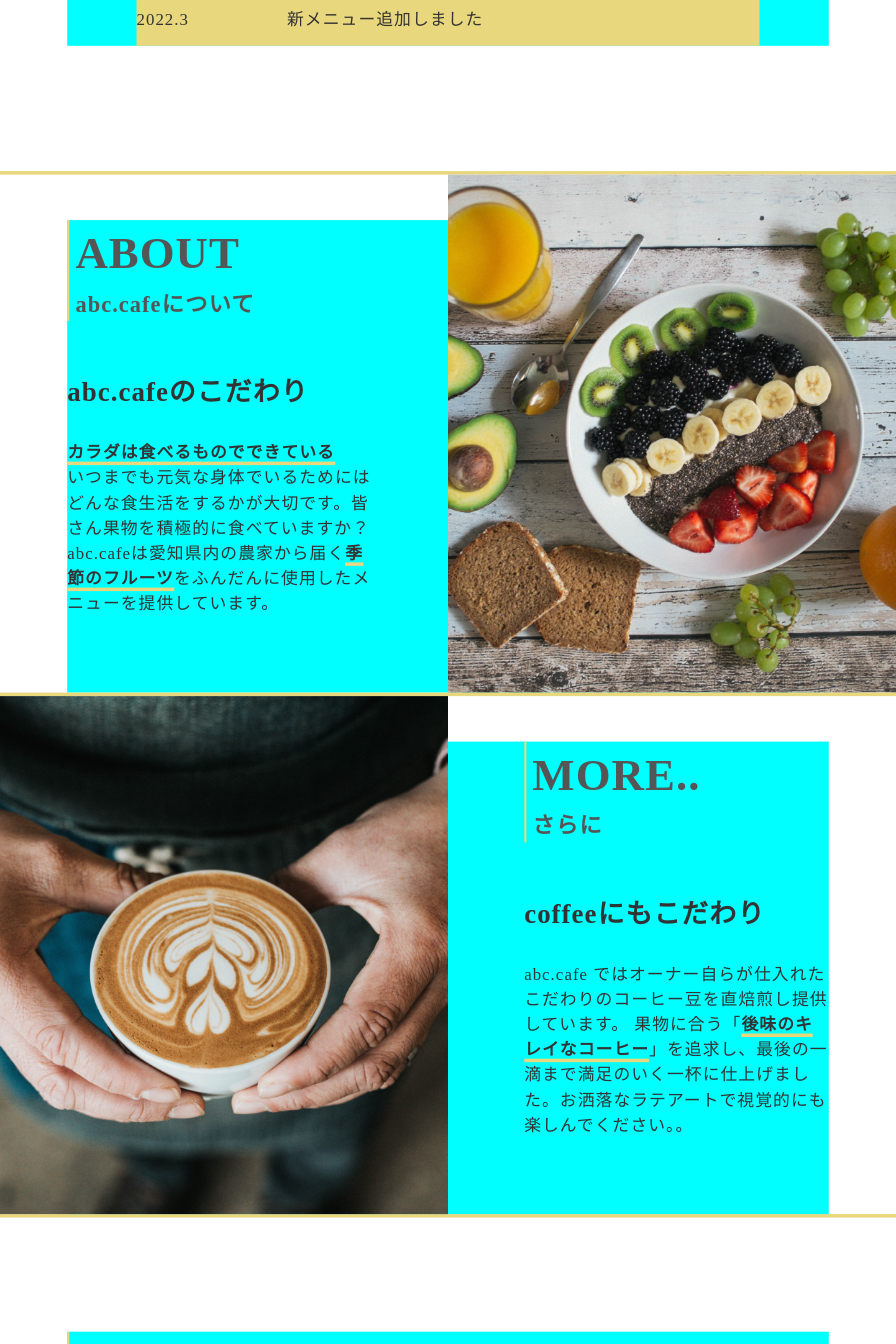
Repository: nozomi-23/lp1_test
Page: index.html
The author's editor kept a copy of each file at every save. The page is drawn from the files as they stood at one save, then again after a run of saves.
The browser window is 1280 px wide. The pictures show the part of the page from y = 1368 to 3288 px (the page is 3931 px tall before and 3957 px after), at 70% of full size.

Above is the page before, as saved 2022-06-08 14:17:30.

### index.html
<!DOCTYPE html>
<html lang="ja">
<head>
  <meta charset="UTF-8">
  <title>abc.cafe</title>
  <meta name="description" content="旬の果物とオーガニックなカフェ">
  <meta name="keywords" content="cafe,カフェ,フルーツ,お洒落">
  <meta name="viewport" content="width=device-width, initial-scale=1.0">
  <meta property="og:title" content="フルーツカフェ「abc.cafe」">
  <meta property="og:type" content="article">
  <meta property="og:url" content="https://withcode-plus.tech">
  <meta property="og:image" content="img/logo.png">
  <meta property="og:description" content="旬の果物とカラダに優しい食事を。">
  <meta property="og:site_name" content="お洒落なフルーツカフェ">
  <link rel="icon" href="img/favicon1.ico">
  <link rel="apple-touch-icon" sizes="180x180" href="img/logo.png">
  <link rel="preconnect" href="https://fonts.googleapis.com">
  <link rel="preconnect" href="https://fonts.gstatic.com" crossorigin>
  <link href="https://fonts.googleapis.com/css2?family=Noto+Serif+JP:wght@400;500;600;700;900&display=swap"
    rel="stylesheet">
  <link rel="stylesheet" href="css/reset.css">
  <link rel="stylesheet" href="css/common.css">
</head>
<body>
  <!-- ============= header -->
  <header>
    <div class="header_wrapper">
      <div class="inner">
        <nav class="header_nav">
          <ul>
            <li><a href="#news">NEWS<span>ニュース</span></a></li>
            <li><a href="#about">ABOUT<span>abc.cafeとは</span></a></li>
            <li><a href="#menu">MENU<span>メニュー</span></a></li>
            <li><a href="#access">ACCESS<span>アクセス</span></a></li>
            <li><a href="#contact">CONTACT<span>お問合せ</span></a></li>
          </ul>
        </nav>
      </div>
    </div>
  </header>
  <!-- ===================-main -->
  <div class="top_wrapper">
    <div class="top_inner">
      <h1>abc.cafe</h1>
    </div>
  </div>
  <!-- ===================-news -->
  <section id="news">
    <div class="news_wrapper">
      <div class="inner">
        <h2 class="title">NEWS<span>最新情報</span></h2>
        <div class="news_txt">
          <table>
            <tr>
              <th>2022.6</th>
              <td>今月の営業時間　更新しました</td>
            </tr>
            <tr>
              <th>2022.5</th>
              <td>期間限定　季節のフルーツパフェはじめました</td>
            </tr>
            <tr>
              <th>2022.3</th>
              <td>新メニュー追加しました</td>
            </tr>
          </table>
        </div>
      </div>
    </div>
  </section>
  <!-- ===================-about -->
  <section class="about_img_1 section" id="about">
    <div class="inner">
      <div class="about_descript">
        <h2 class="title">ABOUT<span>abc.cafeについて</span></h2>
        <div class="txt">
          <h3>abc.cafeのこだわり</h3>
          <p><strong>カラダは食べるものでできている</strong><br>
            いつまでも元気な身体でいるためにはどんな食生活をするかが大切です。皆さん果物を積極的に食べていますか？abc.cafeは愛知県内の農家から届く<strong>季節のフルーツ</strong>をふんだんに使用したメニューを提供しています。</p>
        </div>
    </div>
    </div>
    </section>
  <section class="about_img_2 section"  id="about">
    <div class="inner">
      <div class="about_descript about_descript_right">
        <h2 class="title">MORE..<span>さらに</span></h2>
        <div class="txt">
          <h3>coffeeにもこだわり</h3>
          <p>abc.cafe ではオーナー自らが仕入れたこだわりのコーヒー豆を直焙煎し提供しています。
          果物に合う「<strong>後味のキレイなコーヒー</strong>」を追求し、最後の一滴まで満足のいく一杯に仕上げました。お洒落なラテアートで視覚的にも楽しんでください。。
          </p>
        </div>
    </div>
    </div>
  </div>
  </section>

  <!-- ===================-menu -->
  <section class="menu_wrapper section" id="menu">
    <div class="inner">
      <h2 class="title">MENU<span>メニュー</span></h2>
      <div class="fram">
        <div class="txt">
          <h4>food</h4>
          <p>フレンチトースト</p>
        </div>

      </div>
    </div>
  </section>







</body>
</html>

### css/reset.css
@charset "UTF-8";

html,
body,
div,
span,
object,
iframe,
h1,
h2,
h3,
h4,
h5,
h6,
p,
blockquote,
pre,
abbr,
address,
cite,
code,
del,
dfn,
em,
img,
ins,
kbd,
q,
samp,
small,
strong,
sub,
sup,
var,
b,
i,
dl,
dt,
dd,
ol,
ul,
li,
fieldset,
form,
label,
legend,
table,
caption,
tbody,
tfoot,
thead,
tr,
th,
td,
article,
aside,
canvas,
details,
figcaption,
figure,
footer,
header,
hgroup,
menu,
nav,
section,
summary,
time,
mark,
audio,
video {
  margin: 0;
  padding: 0;
  border: 0;
  outline: 0;
  font-size: 100%;
  vertical-align: baseline;
  background: transparent;
}

body {
  line-height: 1;
}

article,
aside,
details,
figcaption,
figure,
footer,
header,
hgroup,
menu,
nav,
section {
  display: block;
}

nav ul {
  list-style: none;
}

blockquote,
q {
  quotes: none;
}

blockquote:before,
blockquote:after,
q:before,
q:after {
  content: '';
  content: none;
}

a {
  margin: 0;
  padding: 0;
  font-size: 100%;
  vertical-align: baseline;
  background: transparent;
}

/* change colours to suit your needs */
ins {
  background-color: #ff9;
  color: #000;
  text-decoration: none;
}

/* change colours to suit your needs */
mark {
  background-color: #ff9;
  color: #000;
  font-style: italic;
  font-weight: bold;
}

del {
  text-decoration: line-through;
}

abbr[title],
dfn[title] {
  border-bottom: 1px dotted;
  cursor: help;
}

table {
  border-collapse: collapse;
  border-spacing: 0;
}

/* change border colour to suit your needs */
hr {
  display: block;
  height: 1px;
  border: 0;
  border-top: 1px solid #cccccc;
  margin: 1em 0;
  padding: 0;
}

input,
select {
  vertical-align: middle;
}

### css/common.css
@charset "UTF-8";

body {
  font-size: 15px;
  color: #333;
  font-family: 'Noto Serif JP', serif;
  word-break: break-all;
  letter-spacing: 0.1em;
  line-height: 1.5;
}
a {
  text-decoration: none;
  color: #333;
}
li {
  list-style: none;
}
.inner {
  width: 85%;
  margin: 0 auto;
  background-color: aqua;
}
/* =====================
共通パーツ
=========================*/
.title {
  font-weight: bold;
  font-size: 4rem;
  color: #555;
  border-left: solid 3px #E9D77D;
  padding-left: 2%;
  margin-top: 15%;
  margin-bottom: 17%;
}
.title span {
  display: block;
  font-size: 2rem;
}
.section {
  border-top: solid 5px #E9D77D;
}

/* =====================
header
=========================*/
.header_wrapper {
  width: 100%;
  background-color: #634B47;
}
.header_nav ul {
  width: 100%;
  display: table;
}
.header_nav ul li {
  display: table-cell;
  text-align: center;
}
.header_nav ul li a {
  display: inline-block;
  color: #fff;
  padding: 8% 0;
}
.header_nav ul li a:hover {
  opacity: 0.5;
}
.header_nav ul li a span {
  display: block;
  margin-top: 10%;
}
/* =====================
main
=========================*/
.top_wrapper {
  width: 100%;
  height: 85vh;
  overflow: hidden;
  background: url(../img/main.png) no-repeat center;
  background-size: cover;
  /* margin-bottom: 120px; */
}
.top_wrapper::after {
  content: "";
  position: relative;
  width: 100%;
}
.top_inner {
  position: absolute;
  top: 20%;
  left: 37%;
  z-index: 1;
}
.top_inner h1{
  font-family: 'Lobster', cursive;
  font-size: 15rem;
  color: #fff;
  opacity: 65%;
}
/* =====================
news
=========================*/
.news_wrapper {
  margin-bottom: 14%;
}
.news_txt table{
  margin: 0 auto;
  background-color: #E9D77D;
  font-size: 1.5rem;
}
.news_txt tr {
  border-top: solid 1px;
}
.news_txt th {
  padding: 20px 140px 20px 0;
  font-weight: normal;
}
.news_txt td {
  padding: 20px 140px 20px 0;
}
/* =====================
about
=========================*/

.txt h3 {
  font-size: 2.4rem;
  margin-bottom: 1em;
}
.txt p {
  font-size: 1.5rem;
  padding-bottom: 25%;
}
.txt strong {
  border-bottom: solid 5px #E9D77D;
}
.about_img_1 {
  position: relative;
}
.about_img_1::after {
  position: absolute;
  content: "";
  background: url(../img/about_1.png) no-repeat center;
  background-size: cover;
  width: 50%;
  height: 100%;
  top: 0;
  left: 50%;
}
.about_img_2 {
  position: relative;
}
.about_img_2::after {
  position: absolute;
  content: "";
  background: url(../img/about_2.png) no-repeat center;
  background-size: cover;
  width: 50%;
  height: 100%;
  top: 0;

}
.about_descript {
  width: 40%;
}
.about_descript_right {
  position: relative;
  left: 60%;
}
/* =====================
menu
=========================*/

After the next 2 saves:
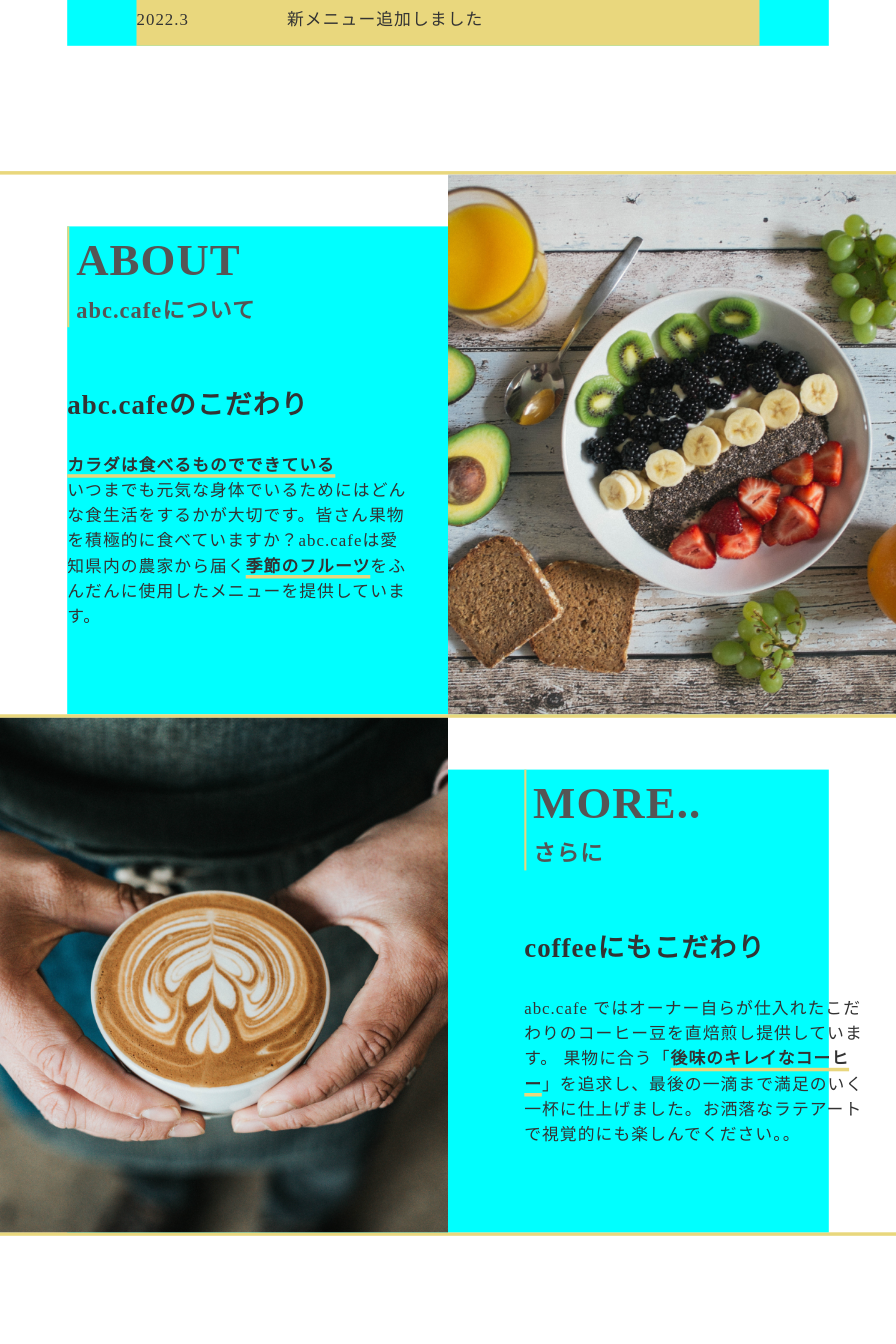
The 2 saves are shown as one change because they came seconds apart.
The last was saved 23 s later.
--- a/css/common.css
+++ b/css/common.css
@@ -158,7 +158,7 @@ about
 
 }
 .about_descript {
-  width: 40%;
+  width: 45%;
 }
 .about_descript_right {
   position: relative;
